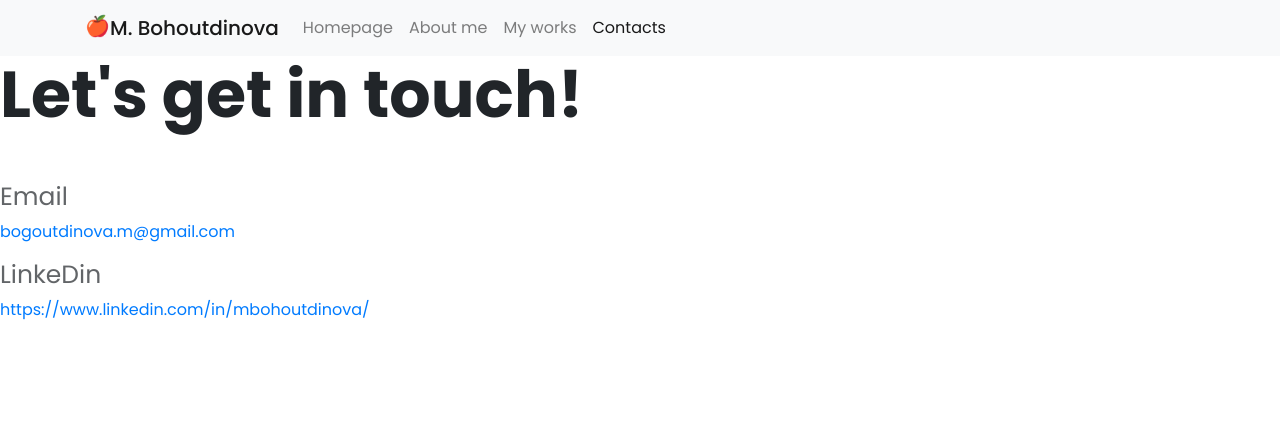
Repository: Bohoutdinova/Portfolio_week-4
Page: contact.html
These files come from the project's save history. The page is drawn as it stood at one moment and after the next save; the edit follows.
The browser window is 1280 px wide. The pictures show the whole page.

Above is the page before, as saved 2022-08-15 11:04:54.

After the next save:
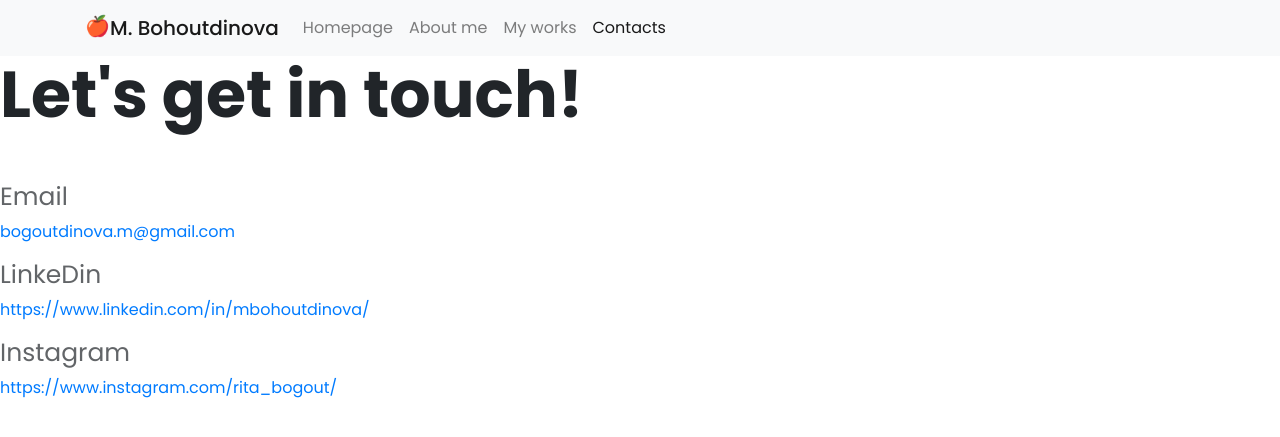
Saved 37 s later.
--- a/contact.html
+++ b/contact.html
@@ -97,6 +97,12 @@
           >https://www.linkedin.com/in/mbohoutdinova/</a
         >
       </p>
+      <h3>Instagram</h3>
+      <p>
+        <a href="https://www.instagram.com/rita_bogout/"
+          >https://www.instagram.com/rita_bogout/</a
+        >
+      </p>
     </div>
   </body>
 </html>
